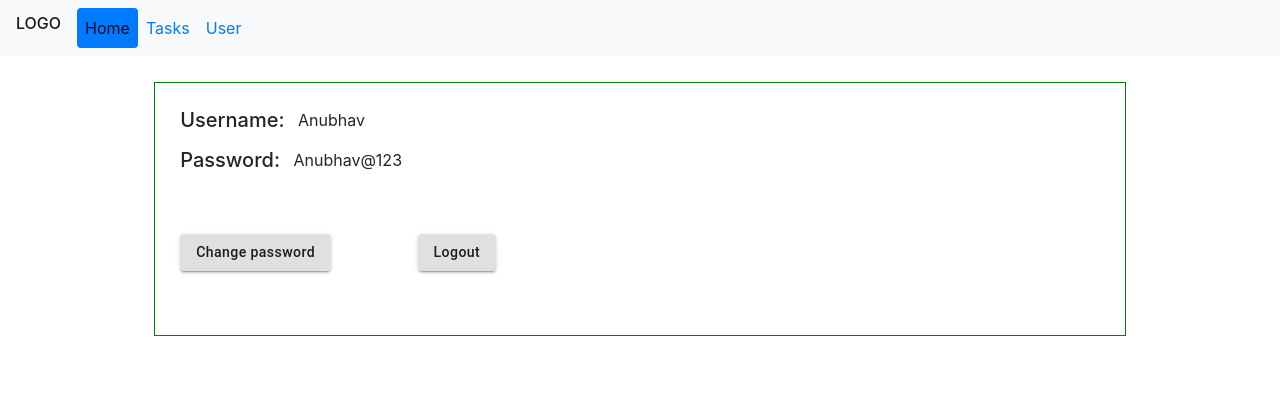
Repository: lalji-yadav/Nimapinfotech-demo-project
Page: /user
These files come from the project's save history. The page is drawn as it stood at one moment and after the next save; the edit follows.
The browser window is 1280 px wide. The pictures show the whole page.
The project was rebuilt for these pictures with package versions that can differ from the ones it lists, and the page was loaded fresh each time. Also part of the build but not shown: src/components/Home.js, src/components/Tasks.js, src/components/Login.js.

Above is the page before, as saved 2021-01-17 21:04:36.

After the next save:
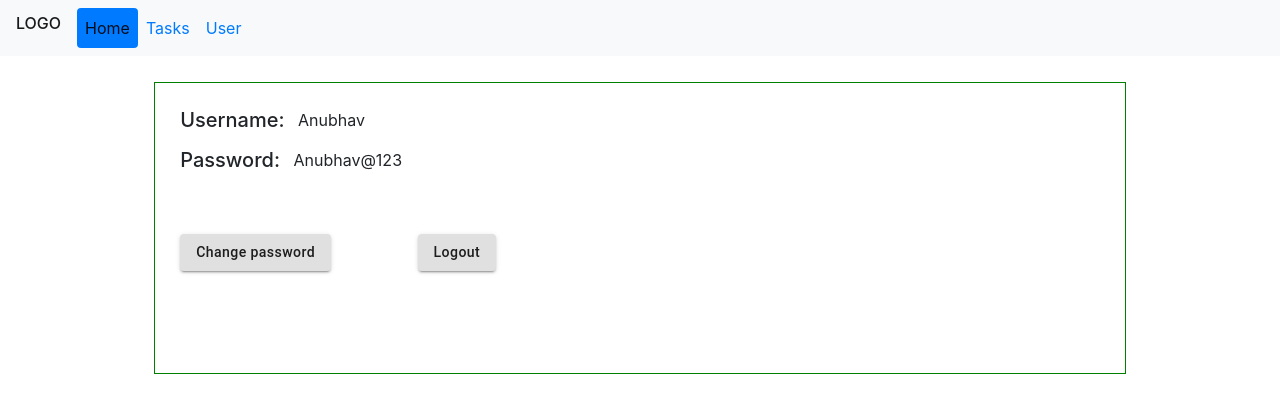
Saved 9 s later.
--- a/src/components/Users.js
+++ b/src/components/Users.js
@@ -23,7 +23,7 @@ const User=()=> {
     }
 
      return (
-            <div style={{margin:"2% 12% 3% 12%", border:"1px solid green", padding:'2% 2% 5% 2%'}}>
+            <div style={{margin:"2% 12% 3% 12%", border:"1px solid green", padding:'2% 2% 8% 2%'}}>
                 {
                     values.text=== 'Change password' ?
                      <div className=" col-sm-5">
